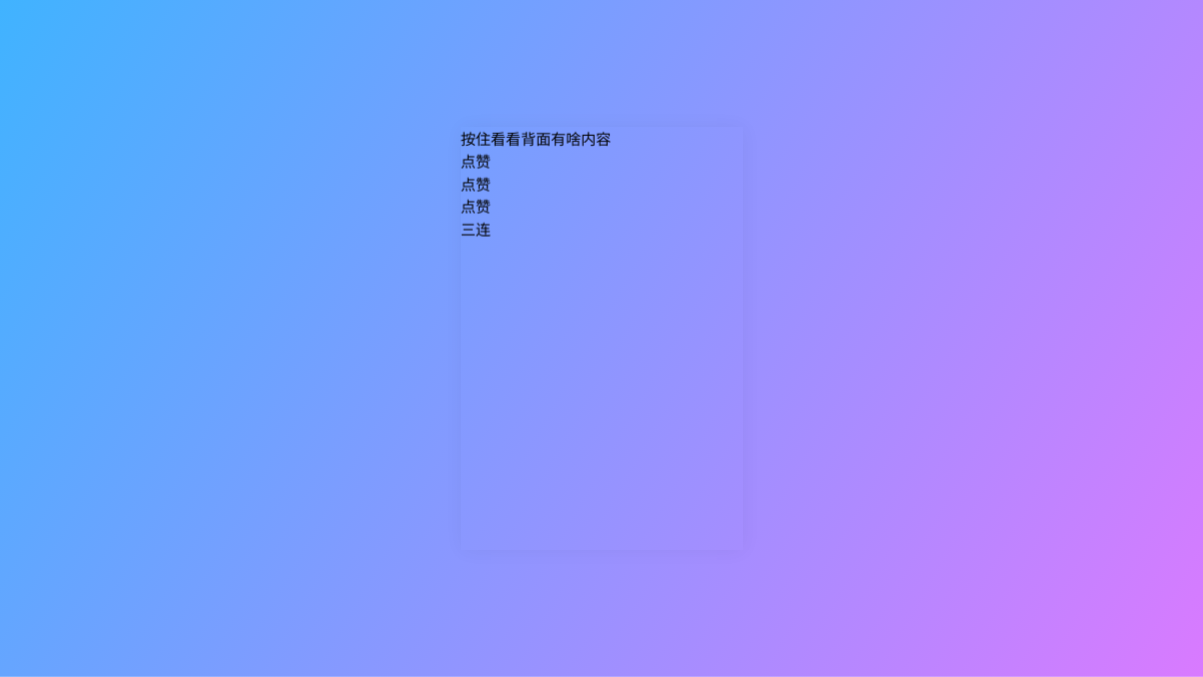
Repository: triumph-star/CSS-practice
Page: One CSS per day/overturn/index.html
An editor plug-in stored every save of this project. The page is shown before and after a run of saves, followed by the edit.
The browser window is 1280 px wide. The pictures show the whole page, at 94% of full size.

Above is the page before, as saved 2020-11-17 09:30:31.

After the next 6 saves:
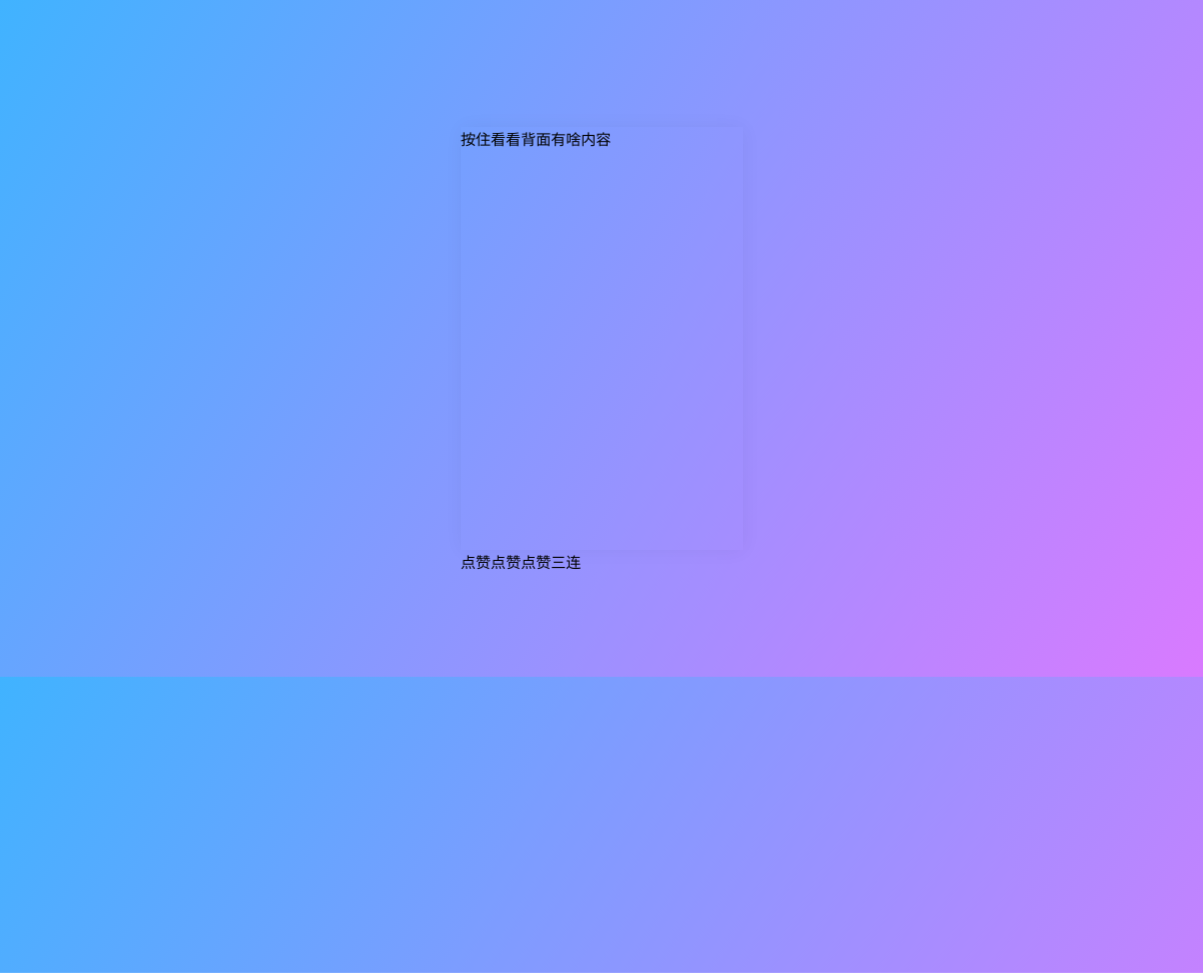
The 6 saves are shown as one change because they came seconds apart.
The last was saved 14 s later.
--- a/One CSS per day/overturn/css.css
+++ b/One CSS per day/overturn/css.css
@@ -25,5 +25,7 @@ body {
 
 .card_front,.card_back{
   width: 100%;
-
+  height: 100%;
+  display: flex;
+  justify-content: ;
 }
